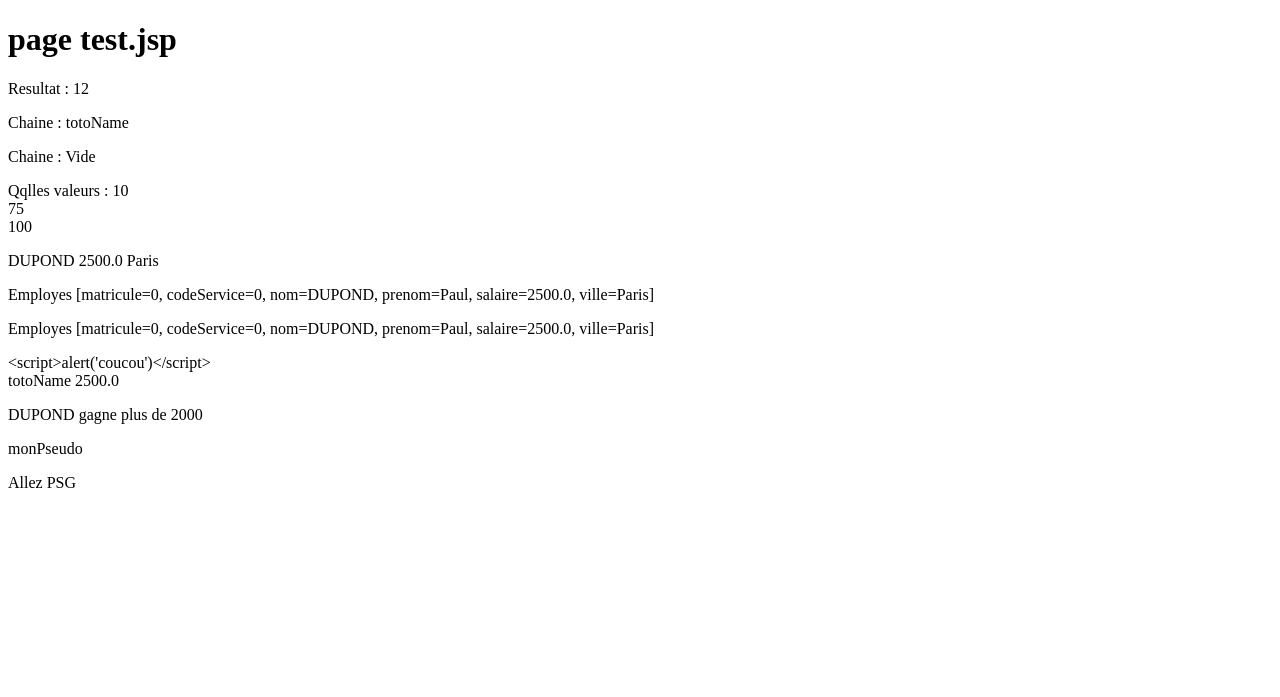
Repository: Moana007/javaee-workspace
Page: http://localhost/Site_cours/test
An editor plug-in stored every save of this project. The page is shown before and after a run of saves, followed by the edit.
The browser window is 1280 px wide. The pictures show the whole page.
The page is served by Tomcat 9. Other server files are loaded and not shown.

Above is the page before, as saved 2019-01-28 16:28:04.

### Site_cours/WebContent/WEB-INF/test.jsp
<%@page language="java" pageEncoding="ISO-8859-1"%>
<%@ taglib prefix="c" uri="http://java.sun.com/jsp/jstl/core" %>
<!DOCTYPE html>
<html>
<head>
<meta charset="UTF-8">
<title>Page test.jsp</title>
</head>
<body>

<h1>page test.jsp</h1>
<p>Resultat : ${4*3}</p>
<p>Chaine : ${ chaine }</p>
<p>Chaine : ${ empty chaine2 ? "Vide" : chaine2 }</p>
<p>Qqlles valeurs : ${ ints[0]} <br> ${ ints[3]} <br> ${ ints[4]}</p>
<p> ${ emp.nom }
	${ emp.salaire }
	${ emp.getVille() }
</p>
<p>${ emp.affiche() }</p>
<p>${ emp }</p> <!-- Appel a toString -->

<!-- JSTL : (Java Standard Tag Library) -->
	<c:out value="<script>alert('coucou')</script>" />
	<br>
	<c:out value="${ chaine }" />

	<c:out value="${ emp.salaire }" />
	<c:if test="${ emp.salaire > 2000 }">
		<p><c:out value="${emp.nom}"/> gagne plus de 2000</p>
	</c:if>
	<c:if test="${ emp.salaire <= 2000 }">
		<p><c:out value="${emp.nom}"/> gagne 2000 ou moins</p>
	</c:if>
	<c:set var="pseudo" value="monPseudo" scope="page" />
	<c:out value="${pseudo }" />


	<c:choose>
		<c:when test="${ emp.ville == 'Marseille'}">
			<p>Allez l'OM</p>
		</c:when>
		<c:when test="${ emp.ville == 'Paris'}">
			<p>Allez PSG</p>
		</c:when>
		<c:otherwise>
			<p>Allez la France</p>
		</c:otherwise>
	</c:choose>





</body>
</html>

### Site_cours/src/site_cours/servlets/TestServlets.java
package site_cours.servlets;

import java.io.IOException;
import java.util.ArrayList;

import javax.servlet.ServletException;
import javax.servlet.annotation.WebServlet;
import javax.servlet.http.HttpServlet;
import javax.servlet.http.HttpServletRequest;
import javax.servlet.http.HttpServletResponse;

import site_cours.models.Employes;

/**
 * Servlet implementation class TestServlets
 */
@WebServlet("/TestServlets")
public class TestServlets extends HttpServlet {
	private static final long serialVersionUID = 1L;


	/**
	 * @see HttpServlet#doGet(HttpServletRequest request, HttpServletResponse response)
	 */
	protected void doGet(HttpServletRequest request, HttpServletResponse response) throws ServletException, IOException {
		// TODO Auto-generated method stub
		//response.getWriter().append("Served at: ").append(request.getContextPath());

		request.setAttribute("chaine", "totoName");
		request.setAttribute("chaine2", "");
		int [] tInts = new int[] {10,30,50,75,100};
		request.setAttribute("ints", tInts);

		Employes e = new Employes(0, 0, "Dupond", "Paul", 2500, "Paris");
		request.setAttribute("emp", e);

		ArrayList<Employes> alEmp = new ArrayList<Employes>();
		alEmp.add(new Employes(0, 0, "Dupond", "paul", 1500, "Paris" ));
		alEmp.add(new Employes(0, 0, "Durand", "paul", 1500, "Paris" ));
		alEmp.add(new Employes(0, 0, "Dupuis", "paul", 1500, "Paris" ));
		alEmp.add(new Employes(0, 0, "Ducon", "paul", 1500, "Paris" ));
		alEmp.add(new Employes(0, 0, "Dubosc", "paul", 1500, "Paris" ));

		request.setAttribute("mesEmps", alEmp);

		request.getRequestDispatcher("/WEB-INF/test.jsp").forward(request, response);
	}

	/**
	 * @see HttpServlet#doPost(HttpServletRequest request, HttpServletResponse response)
	 */
	protected void doPost(HttpServletRequest request, HttpServletResponse response) throws ServletException, IOException {
		// TODO Auto-generated method stub
		doGet(request, response);
	}

}

### Site_cours/src/site_cours/models/Employes.java
package site_cours.models;

public class Employes {

	private int matricule;
	private int codeService;

	private String nom;
	private String prenom;
	private double salaire;
	private String ville;

	public Employes(int matricule, int codeService, String nom, String prenom, double salaire, String ville) {
		this.matricule = matricule;
		this.codeService = codeService;
		this.setNom(nom);
		this.prenom = prenom;
		this.salaire = salaire;
		this.ville = ville;
	}


	public String affiche() {
		return "Employes [matricule=" + matricule + ", codeService=" + codeService + ", nom=" + nom + ", prenom="
				+ prenom + ", salaire=" + salaire + ", ville=" + ville + "]";
	}

	@Override
	public String toString() {
		return "Employes [matricule=" + matricule + ", codeService=" + codeService + ", nom=" + nom + ", prenom="
				+ prenom + ", salaire=" + salaire + ", ville=" + ville + "]";
	}


	public int getMatricule() {
		return matricule;
	}
	public void setMatricule(int matricule) {
		this.matricule = matricule;
	}
	public int getCodeService() {
		return codeService;
	}
	public void setCodeService(int codeService) {
		this.codeService = codeService;
	}
	public String getNom() {
		return nom;
	}
	public void setNom(String nom) {
		this.nom = nom.toUpperCase();
	}
	public String getPrenom() {
		return prenom;
	}
	public void setPrenom(String prenom) {
		this.prenom = prenom;
	}
	public double getSalaire() {
		return salaire;
	}
	public void setSalaire(double salaire) {
		this.salaire = salaire;
	}
	public String getVille() {
		return ville;
	}
	public void setVille(String ville) {
		this.ville = ville;
	}






}

After the next 2 saves:
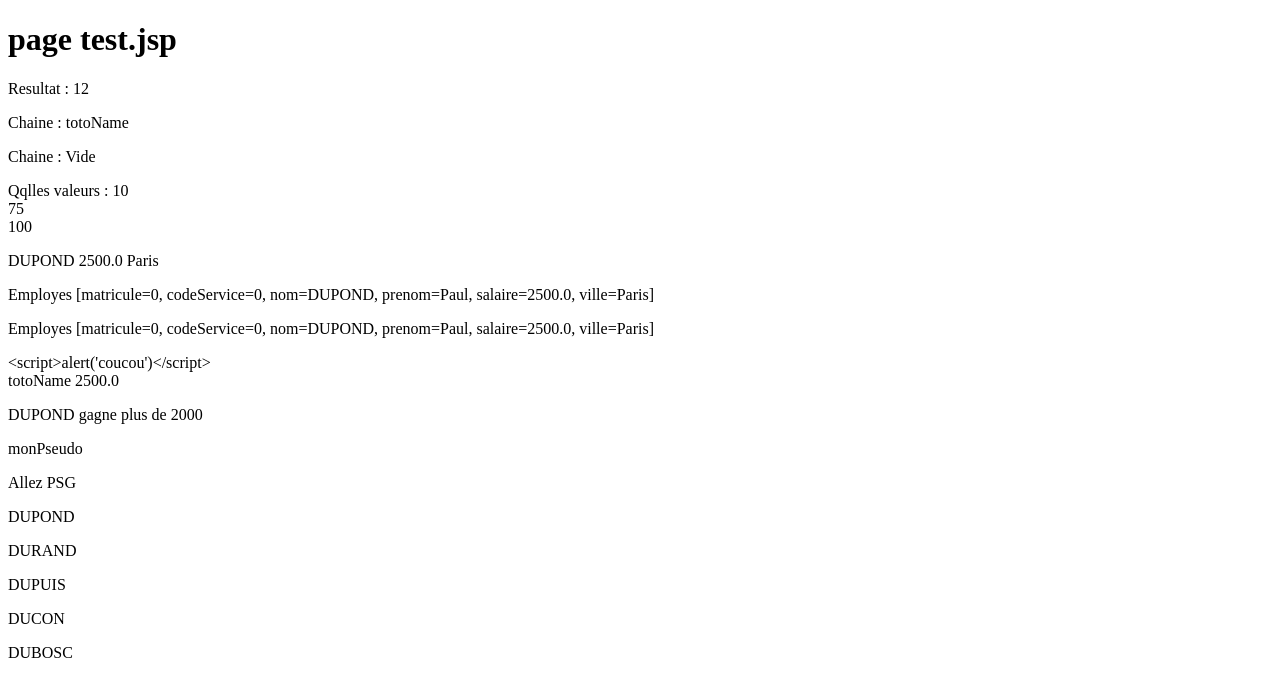
The 2 saves are shown as one change because 1 did not build or start.
The last was saved 78 s later.
--- a/Site_cours/WebContent/WEB-INF/test.jsp
+++ b/Site_cours/WebContent/WEB-INF/test.jsp
@@ -48,6 +48,9 @@
 		</c:otherwise>
 	</c:choose>
 
+	<c:forEach items="${ mesEmps }" var="unEmp">
+		<p><c:out value="${ unEmp.nom }" /></p>
+	</c:forEach>
 
 
 
